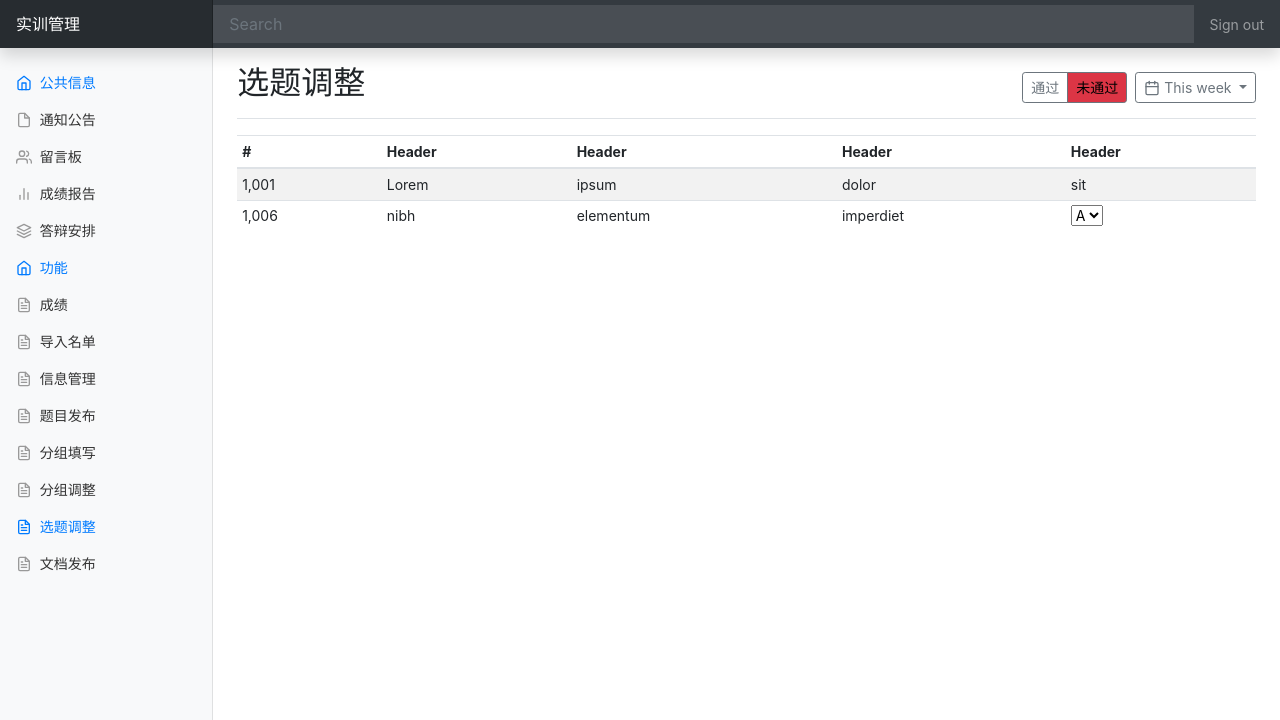
Repository: Kong-T/Practical-training
Page: Administrator/html/Ad_topic_admin.html
An editor plug-in stored every save of this project. The page is shown before and after the next save, followed by the edit.
The browser window is 1280 px wide. The pictures show the whole page.
The page's requests for data from a server got no answer. Some web libraries are served in a nearby version.

Above is the page before, as saved 2020-12-14 20:16:47.
Console error: TypeError: Cannot read properties of null (reading 'length')

### Administrator/html/Ad_topic_admin.html
<!doctype html>
<html lang="en">

<head>
  <meta charset="utf-8">
  <meta name="viewport" content="width=device-width, initial-scale=1, shrink-to-fit=no">
  <meta name="description" content="">
  <meta name="author" content="Mark Otto, Jacob Thornton, and Bootstrap contributors">
  <meta name="generator" content="Jekyll v4.0.1">
  <title> Ad_选题调整</title>

  <link rel="canonical" href="https://getbootstrap.com/docs/4.5/examples/dashboard/">

  <!-- Bootstrap core CSS -->
  <link href="../../assets4.5/dist/css/bootstrap.css" rel="stylesheet">

  <style>
    .bd-placeholder-img {
      font-size: 1.125rem;
      text-anchor: middle;
      -webkit-user-select: none;
      -moz-user-select: none;
      -ms-user-select: none;
      user-select: none;
    }

    @media (min-width: 768px) {
      .bd-placeholder-img-lg {
        font-size: 3.5rem;
      }
    }
  </style>

  <!-- Custom styles for this template -->
  <link href="../css/dashboard.css" rel="stylesheet">
</head>

<body>
  <nav class="navbar navbar-dark sticky-top bg-dark flex-md-nowrap p-0 shadow">
    <a class="navbar-brand col-md-3 col-lg-2 mr-0 px-3" href="#">实训管理</a>
    <button class="navbar-toggler position-absolute d-md-none collapsed" type="button" data-toggle="collapse"
      data-target="#sidebarMenu" aria-controls="sidebarMenu" aria-expanded="false" aria-label="Toggle navigation">
      <span class="navbar-toggler-icon"></span>
    </button>
    <input class="form-control form-control-dark w-100" type="text" placeholder="Search" aria-label="Search">
    <ul class="navbar-nav px-3">
      <li class="nav-item text-nowrap">
        <a class="nav-link" href="#">Sign out</a>
      </li>
    </ul>
  </nav>


  <div class="container-fluid">
    <div class="row">
      <nav id="sidebarMenu" class="col-md-3 col-lg-2 d-md-block bg-light sidebar collapse">
        <div class="sidebar-sticky pt-3">
          <ul class="nav flex-column">
            <li class="nav-item">
              <a class="nav-link active" href="#">
                <span data-feather="home"></span>
                公共信息 <span class="sr-only">(current)</span>
              </a>
            </li>
            <li class="nav-item">
              <a class="nav-link" href="#">
                <span data-feather="file"></span>
                通知公告
              </a>
            </li>

            <li class="nav-item">
              <a class="nav-link" href="#">
                <span data-feather="users"></span>
                留言板
              </a>
            </li>
            <li class="nav-item">
              <a class="nav-link" href="#">
                <span data-feather="bar-chart-2"></span>
                成绩报告
              </a>
            </li>
            <li class="nav-item">
              <a class="nav-link" href="#">
                <span data-feather="layers"></span>
                答辩安排
              </a>
            </li>
          </ul>

          <a class="nav-link active" href="#">
            <span data-feather="home"></span>
            功能 <span class="sr-only">(current)</span>
          </a>
          <ul class="nav flex-column mb-2">
            <li class="nav-item">
              <a class="nav-link" href="#">
                <span data-feather="file-text"></span>
                成绩
              </a>
            </li>
            <li class="nav-item">
              <a class="nav-link" href="#">
                <span data-feather="file-text"></span>
                导入名单
              </a>
            </li>
            <li class="nav-item">
              <a class="nav-link" href="Ad_teacher_info.html">
                <span data-feather="file-text"></span>
                信息管理
              </a>
            </li>
            <li class="nav-item">
              <a class="nav-link" href="#">
                <span data-feather="file-text"></span>
                题目发布
              </a>
            </li>
            <li class="nav-item">
              <a class="nav-link" href="#">
                <span data-feather="file-text"></span>
                分组填写
              </a>
            </li>
            <li class="nav-item">
              <a class="nav-link" href="#">
                <span data-feather="file-text"></span>
                分组调整
              </a>
            </li>
            <li class="nav-item">
              <a class="nav-link active" href="#">
                <span data-feather="file-text"></span>
                选题调整
              </a>
            </li>
            <li class="nav-item">
              <a class="nav-link" href="#">
                <span data-feather="file-text"></span>
                文档发布
              </a>
            </li>
          </ul>
        </div>
      </nav>

      <main role="main" class="col-md-9 ml-sm-auto col-lg-10 px-md-4">
        <div
          class="d-flex justify-content-between flex-wrap flex-md-nowrap align-items-center pt-3 pb-2 mb-3 border-bottom">
          <h1 class="h2">选题调整</h1>
          <div class="btn-toolbar mb-2 mb-md-0">
            <div class="btn-group mr-2">
              <button type="button" onclick="submit()" class="btn btn-sm btn-outline-secondary">通过</button>
              <button type="button" onclick="unpass()"style="color:black" class="btn btn-danger btn-sm btn-outline-secondary">未通过</button>
            </div>
            <button type="button" class="btn btn-sm btn-outline-secondary dropdown-toggle">
            <span data-feather="calendar"></span>
            This week
          </button>
          </div>
        </div>

        <div class="table-responsive">
          <table class="table table-striped table-sm" id="tbody1">
            <thead>
              <tr>
                <th>#</th>
                <th>Header</th>
                <th>Header</th>
                <th>Header</th>
                <th>Header</th>
              </tr>
            </thead>
            <tbody>
              <tr>
                <td>1,001</td>
                <td>Lorem</td>
                <td>ipsum</td>
                <td>dolor</td>
                <td>sit</td>
              </tr>
              <tr>
                <td>1,006</td>
                <td>nibh</td>
                <td>elementum</td>
                <td>imperdiet</td>
                <td>
                  <div class="form-group">
                    <select class="selectpicker show-tick" title="请选择一项" data-live-search="true" data-size="5">
                      <option>A</option>
                      <option>B</option>

                    </select>
                  </div>
                </td>
              </tr>


            </tbody>
          </table>
        </div>
      </main>
    </div>
  </div>
  <script src="https://cdn.bootcdn.net/ajax/libs/jquery/3.5.1/jquery.js"></script>
  <script src="https://code.jquery.com/jquery-3.5.1.slim.min.js"
    integrity="sha384-DfXdz2htPH0lsSSs5nCTpuj/zy4C+OGpamoFVy38MVBnE+IbbVYUew+OrCXaRkfj"
    crossorigin="anonymous"></script>
  <script>window.jQuery || document.write('<script src="../../assets4.5/js/vendor/jquery.slim.min.js"><\/script>')</script>
  <script src="../../assets4.5/dist/js/bootstrap.bundle.js"></script>
  <script src="https://cdnjs.cloudflare.com/ajax/libs/feather-icons/4.9.0/feather.min.js"></script>
  <script src="https://cdnjs.cloudflare.com/ajax/libs/Chart.js/2.7.3/Chart.min.js"></script>

  <script src="../js/dashboard.js"></script>

  <script type="text/javascript">
    var jq = jQuery.noConflict();

    window.onload = function () {
      // 请求后端数据
      $.ajax({
        url: "http://localhost:8080/Ad_topic",
        type: "post",
        data: name,
        success: function (data) {
          showData(data);//我们仅做数据展示
        },
        error: function (msg) {
          alert("ajax连接异常：" + msg);
          console.log("error");
        }
      })

      // 展示数据
      function showData(data) {
        var str = "<thead ><tr><th>编号</th><th>题目名称</th><th>选题简介</th><th>提交者</th><th>是否审核通过</th></tr></thead>";//定义用于拼接的字符串
        // console.log(data);
        window.length = data.Topic_title.length
        for (var i = 0; i < data.Topic_title.length; i++) {

          // console.log(data.Topic_title);

          j = i * 1 + 1;
          var Topic_titleID = " Topic_title" + i;
          var Topic_detailsID = "Topic_details" + i;
          var TutorID = "Tutor" + i;
          var selectID = "selectID" + i;
          var denyID = "deny" + i;
          var yesID = "yes" + i;
          str += "<tr><td>" + j + "</td><td id=\"" + Topic_titleID + "\">" +
            data.Topic_title[i] + "</td><td id=\"" + Topic_detailsID + "\">" +
            data.Topic_details[i] + "</td><td id=\"" + TutorID + "\">" + data.Tutor[i] +
            "</td><td><input type = \"checkbox\" id = \""+ yesID +"\" </input></td></tr>"
          //  console.log(str);

        }
        $("#tbody1").html(str);
      }


      var Topic_title = new Array();//声明一个放title的数组
      var btns = document.getElementsByTagName("button");//获取所有btn对象


    }

  </script>

  <script>
    var topic = {
      "topicname": new Array(),
      "result": new Array()
    };

    $(function () {
      $(document).click(function (e) {
        re = e.target.id;
        console.log("函数内" + re);

        delete_topic(re)
      });
    })

    function delete_topic(e) {

      console.log("获取当前id" + re);
      var temp = re.substring(re.length - 1, re.length);//编号
      var titleID = " Topic_title" + temp
      var titleValue = document.getElementById(titleID).innerText //获取topic_title单元格的值
      console.log(temp, titleID, titleValue)
      //  0:待审核 1：通过 -1：不通过
      topic.topicname.push(titleValue);
    }

    //向后台传输title
    function submit() {
      topic.result.push(1);
      console.log(topic)
      $.ajax({
        type: "POST",
        url: "http://localhost:8080/Ad_topic_1",
        data: JSON.stringify(topic), //将JSON对象转为字符串
        dataType: "JSON",
        contentType: "application/json",
        async: 'true',
        beforeSend: function (XMLHttpRequest, settings) {
          //ShowLoading();
          // console.log($.ajax.data);
        },
        success: function () {
          alert("success");
        },
        error: function () {
          //请求出错处理
          console.log("error");
        },
      })
    }
    function unpass() {
      topic.result.push(-1);
      console.log(topic)
      $.ajax({
        type: "POST",
        url: "http://localhost:8080/Ad_topic_1",
        data: JSON.stringify(topic), //将JSON对象转为字符串
        dataType: "JSON",
        contentType: "application/json",
        async: 'true',
        beforeSend: function (XMLHttpRequest, settings) {
          //ShowLoading();
          // console.log($.ajax.data);
        },
        success: function () {
          alert("success");
        },
        error: function () {
          //请求出错处理
          console.log("error");
        },
      })
    }


  </script>

</body>

</html>

### Administrator/css/dashboard.css
body {
  font-size: .875rem;
}

.feather {
  width: 16px;
  height: 16px;
  vertical-align: text-bottom;
}

/*
 * Sidebar
 */

.sidebar {
  position: fixed;
  top: 0;
  bottom: 0;
  left: 0;
  z-index: 100; /* Behind the navbar */
  padding: 48px 0 0; /* Height of navbar */
  box-shadow: inset -1px 0 0 rgba(0, 0, 0, .1);
}

@media (max-width: 767.98px) {
  .sidebar {
    top: 5rem;
  }
}

.sidebar-sticky {
  position: relative;
  top: 0;
  height: calc(100vh - 48px);
  padding-top: .5rem;
  overflow-x: hidden;
  overflow-y: auto; /* Scrollable contents if viewport is shorter than content. */
}

@supports ((position: -webkit-sticky) or (position: sticky)) {
  .sidebar-sticky {
    position: -webkit-sticky;
    position: sticky;
  }
}

.sidebar .nav-link {
  font-weight: 500;
  color: #333;
}

.sidebar .nav-link .feather {
  margin-right: 4px;
  color: #999;
}

.sidebar .nav-link.active {
  color: #007bff;
}

.sidebar .nav-link:hover .feather,
.sidebar .nav-link.active .feather {
  color: inherit;
}

.sidebar-heading {
  font-size: .75rem;
  text-transform: uppercase;
}

/*
 * Navbar
 */

.navbar-brand {
  padding-top: .75rem;
  padding-bottom: .75rem;
  font-size: 1rem;
  background-color: rgba(0, 0, 0, .25);
  box-shadow: inset -1px 0 0 rgba(0, 0, 0, .25);
}

.navbar .navbar-toggler {
  top: .25rem;
  right: 1rem;
}

.navbar .form-control {
  padding: .75rem 1rem;
  border-width: 0;
  border-radius: 0;
}

.form-control-dark {
  color: #fff;
  background-color: rgba(255, 255, 255, .1);
  border-color: rgba(255, 255, 255, .1);
}

.form-control-dark:focus {
  border-color: transparent;
  box-shadow: 0 0 0 3px rgba(255, 255, 255, .25);
}

### Administrator/js/dashboard.js
/* globals Chart:false, feather:false */

(function () {
  'use strict'

  feather.replace()

  // Graphs
  var ctx = document.getElementById('myChart')
  // eslint-disable-next-line no-unused-vars
  var myChart = new Chart(ctx, {
    type: 'line',
    data: {
      labels: [
        'Sunday',
        'Monday',
        'Tuesday',
        'Wednesday',
        'Thursday',
        'Friday',
        'Saturday'
      ],
      datasets: [{
        data: [
          15339,
          21345,
          18483,
          24003,
          23489,
          24092,
          12034
        ],
        lineTension: 0,
        backgroundColor: 'transparent',
        borderColor: '#007bff',
        borderWidth: 4,
        pointBackgroundColor: '#007bff'
      }]
    },
    options: {
      scales: {
        yAxes: [{
          ticks: {
            beginAtZero: false
          }
        }]
      },
      legend: {
        display: false
      }
    }
  })
}())

Loaded but not shown: assets4.5/dist/css/bootstrap.css (library); assets4.5/dist/js/bootstrap.bundle.js (library)

After the next save:
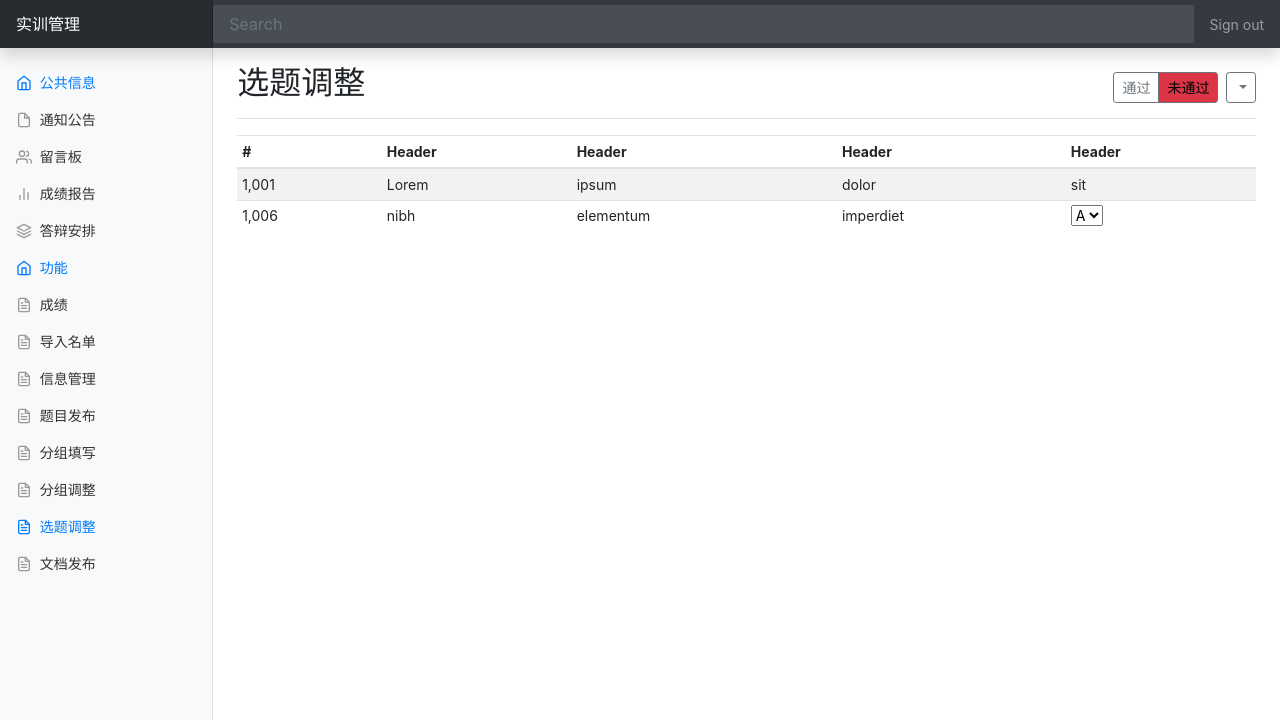
Saved 44 s later.
--- a/Administrator/html/Ad_topic_admin.html
+++ b/Administrator/html/Ad_topic_admin.html
@@ -156,8 +156,8 @@
               <button type="button" onclick="unpass()"style="color:black" class="btn btn-danger btn-sm btn-outline-secondary">未通过</button>
             </div>
             <button type="button" class="btn btn-sm btn-outline-secondary dropdown-toggle">
-            <span data-feather="calendar"></span>
-            This week
+            <!-- <span data-feather="calendar"></span>
+            This week -->
           </button>
           </div>
         </div>
